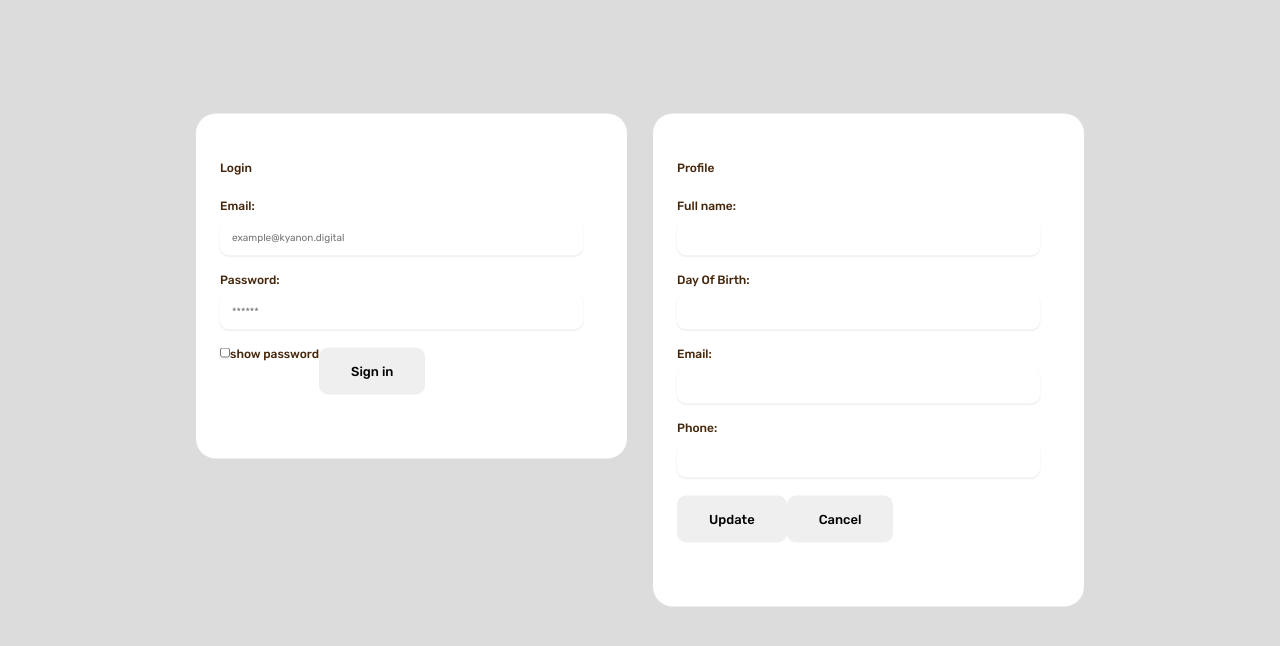
Repository: lethetiem/demon-test
Page: /
The author's editor kept a copy of each file at every save. The page is drawn from the files as they stood at one save, then again after the next save.
The browser window is 1280 px wide. The pictures show the whole page.
The project was rebuilt for these pictures with package versions that can differ from the ones it lists, and the page was loaded fresh each time.

Above is the page before, as saved 2023-03-15 14:14:50.

After the next save:
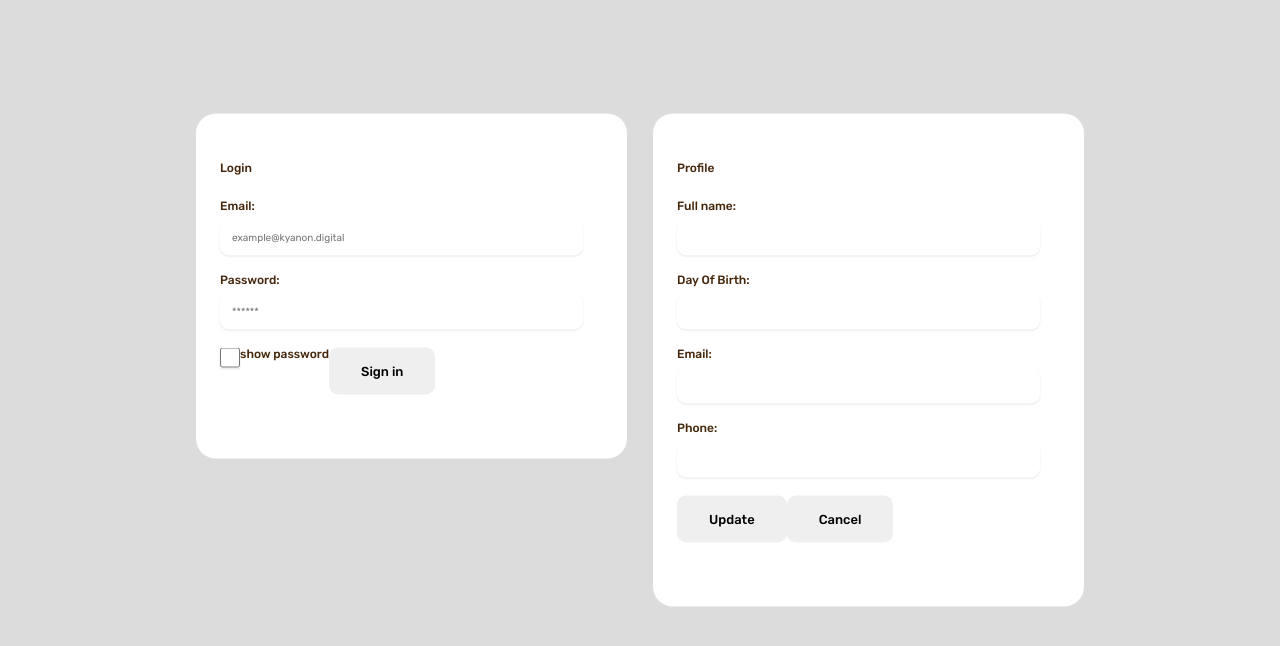
Saved 7 s later.
--- a/src/components/Login/login.css
+++ b/src/components/Login/login.css
@@ -3,8 +3,8 @@
   padding-bottom: 2.4rem;
 }
 .checkbox-input {
-  width: 10px !important;
-  height: 10px !important;
+  width: 20px !important;
+  height: 20px !important;
 }
 .password-checkbox {
   display: flex;
